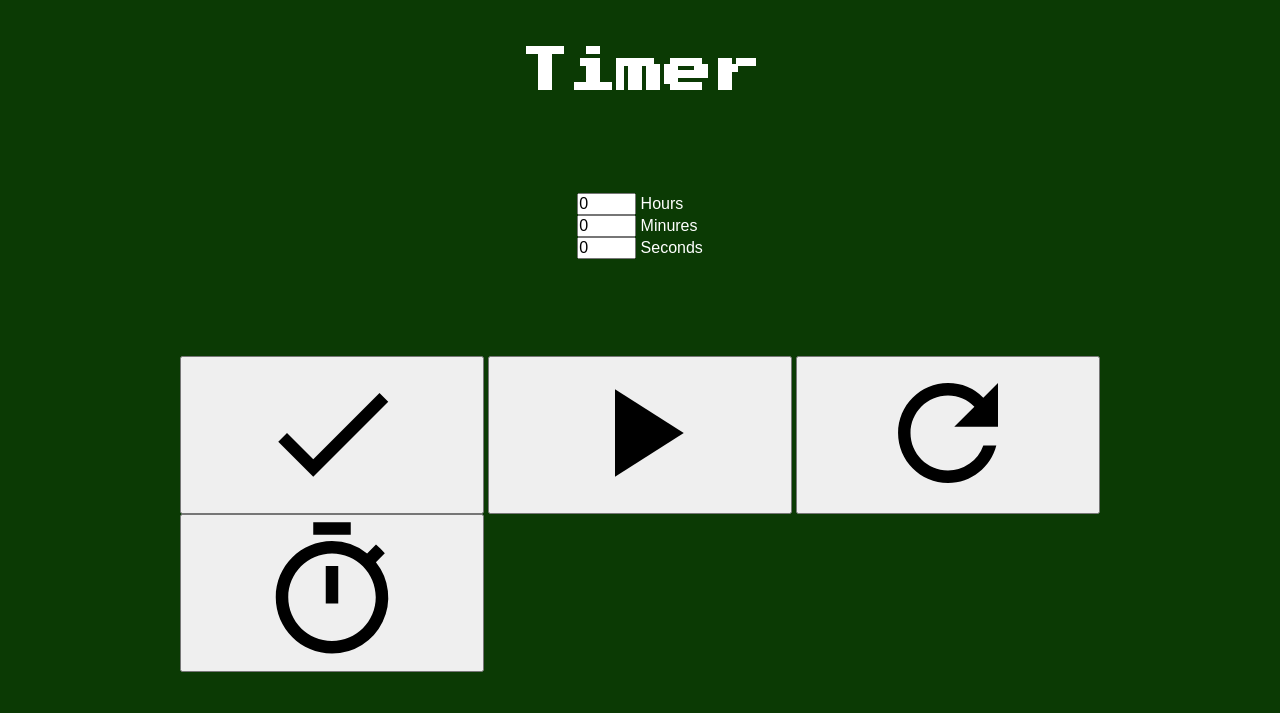
Repository: KrzysKolo/Projekt-12_Timer
Page: index.html
An editor plug-in stored every save of this project. The page is shown before and after the next save, followed by the edit.
The browser window is 1280 px wide. The pictures show the whole page.
Some web fonts or font styles are not loaded; a fallback is used.

Above is the page before, as saved 2020-06-24 19:54:48.

After the next save:
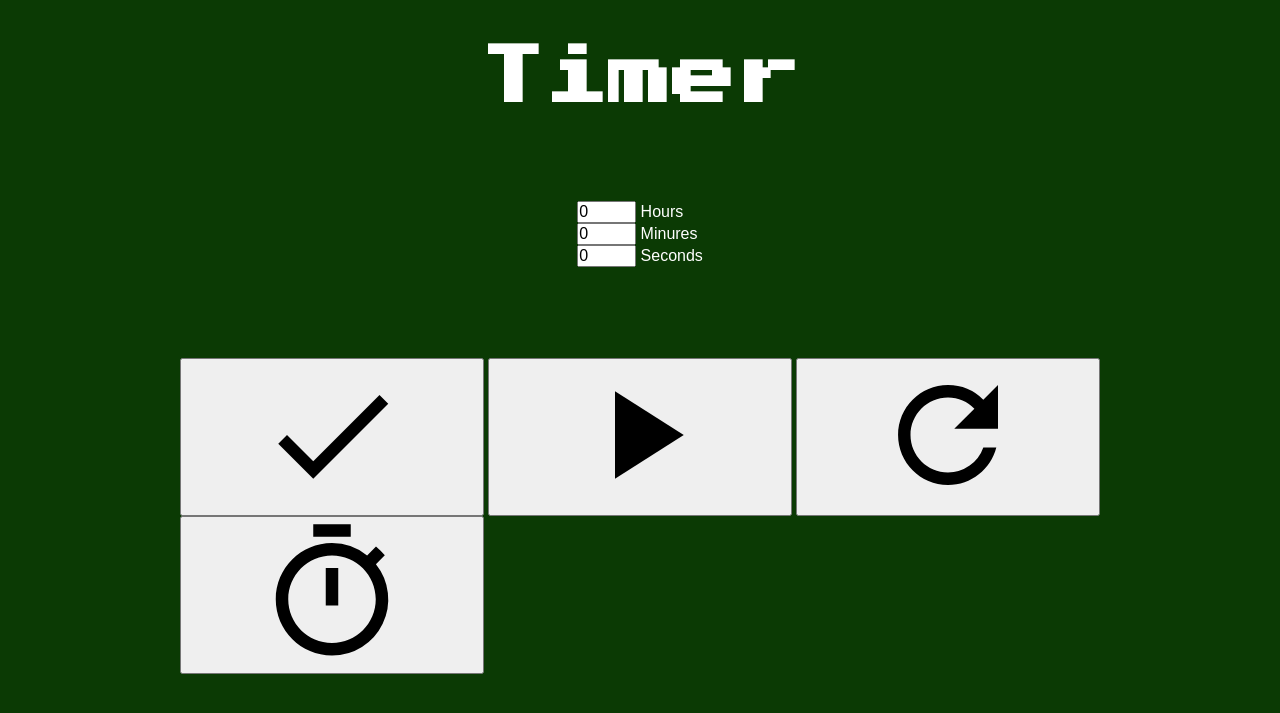
Saved 12 s later.
--- a/css/style.css
+++ b/css/style.css
@@ -25,5 +25,5 @@ body {
 }
 .timer__heading {
   font-family: "Press Start 2P", cursive;
-  font-size: 3rem;
+  font-size: 4rem;
 }
